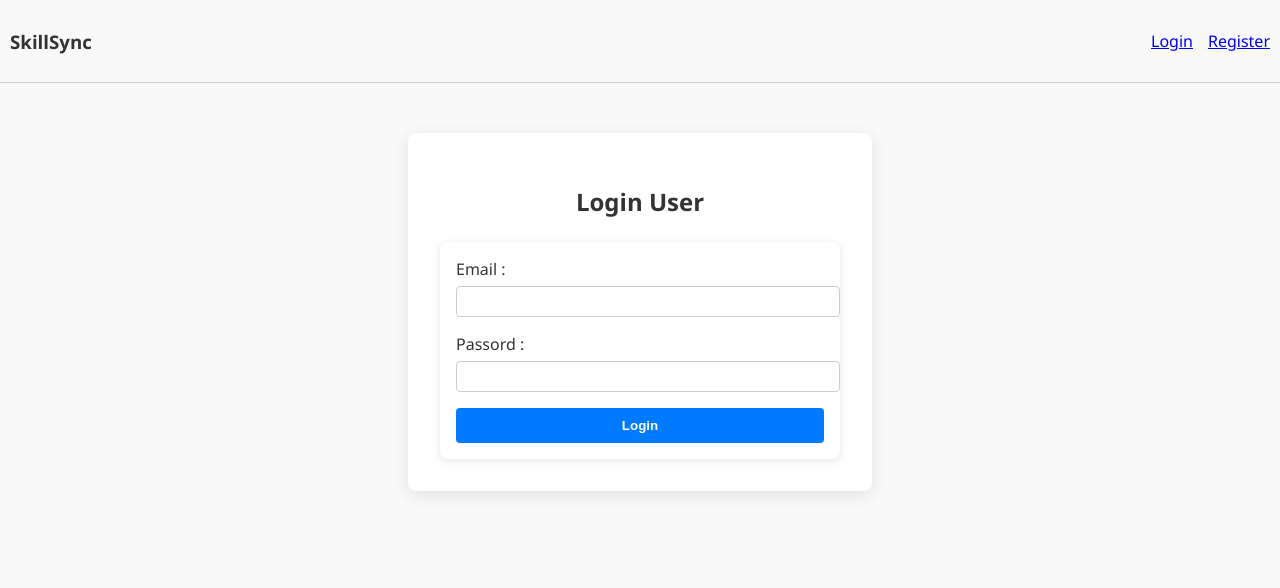
Repository: bharathabhi46/SkillSync-FrontEnd
Page: /LoginUser
The author's editor kept a copy of each file at every save. The page is drawn from the files as they stood at one save, then again after the next save.
The browser window is 1280 px wide. The pictures show the whole page.
The project was rebuilt for these pictures with package versions that can differ from the ones it lists, and the page was loaded fresh each time. Also part of the build but not shown: vite.config.js, src/Components/CreateUser/CreateUser.jsx, src/Components/UserList/UserList.jsx, src/Components/EditUser/EditUser.jsx, src/Components/RegisterUser/RegisterUser.jsx, src/Components/PrivateAuth/PrivateAuth.jsx, src/Components/Home/Home.css, src/Components/Home/Home.jsx.

Above is the page before, as saved 2025-06-28 13:55:32.

### src/main.jsx
import { StrictMode } from "react";
import { createRoot } from "react-dom/client";
import { BrowserRouter } from "react-router-dom";
import App from "./App.jsx";

createRoot(document.getElementById("root")).render(
  <BrowserRouter>
    <App />
  </BrowserRouter>
);

### src/App.jsx
import React from "react";
import CreateUser from "./Components/CreateUser/CreateUser";
import UserList from "./Components/UserList/UserList";
import EditUser from "./Components/EditUser/EditUser";
import { Route, Routes } from "react-router-dom";
import RegisterUser from "./Components/RegisterUser/RegisterUser";
import LoginUser from "./Components/LoginUser/LoginUser";
import "./App.css";
import PrivateAuth from "./Components/PrivateAuth/PrivateAuth";
import NavBar from "./Components/NavBar/NavBar";
import Home from "./Components/Home/Home";
const App = () => {
  return (
    <div>
      <NavBar />
      <Routes>
        <Route path="/" element={<Home />} />
        <Route
          path="/UserList"
          element={
            <PrivateAuth>
              <UserList />
            </PrivateAuth>
          }
        />
        <Route
          path="/EditUser/:id"
          element={
            <PrivateAuth>
              <EditUser />
            </PrivateAuth>
          }
        />
        <Route
          path="/CreateUser"
          element={
            <PrivateAuth>
              <CreateUser />
            </PrivateAuth>
          }
        />
        <Route path="/RegisterUser" element={<RegisterUser />} />
        <Route path="/LoginUser" element={<LoginUser />} />
      </Routes>
    </div>
  );
};

export default App;

### src/Components/LoginUser/LoginUser.jsx
import React, { useState } from "react";
import { useNavigate } from "react-router-dom";
import "./LoginUser.css";
const LoginUser = () => {
  let navigate = useNavigate();
  let url = "http://localhost:8080/api/users/auth/login";
  let [loginUser, setLoginUser] = useState({
    email: "",
    password: "",
  });
  function handleOnChange(e) {
    setLoginUser((prevState) => ({
      ...prevState,
      [e.target.name]: e.target.value,
    }));
  }
  async function handleSubmit(e) {
    e.preventDefault();
    try {
      let data = await fetch(url, {
        method: "POST",
        headers: {
          "Content-Type": "application/json",
        },
        body: JSON.stringify(loginUser),
      });
      setLoginUser({
        email: "",
        password: "",
      });
      alert("Login Successful");
      localStorage.setItem("userEmail", LoginUser.email);
      let user = await data.json();
      localStorage.setItem("user", JSON.stringify(user));
      navigate("/");
    } catch (err) {
      console.log("Error : ", err);
      alert("Failed to Login");
    }
  }
  return (
    <div className="container">
      <h2>Login User</h2>
      <form onSubmit={handleSubmit}>
        <label>Email : </label>
        <input
          type="email"
          name="email"
          value={loginUser.email}
          onChange={handleOnChange}
        />
        <label>Passord : </label>
        <input
          type="password"
          name="password"
          value={loginUser.password}
          onChange={handleOnChange}
        />
        <button type="submit">Login</button>
      </form>
    </div>
  );
};

export default LoginUser;

### src/App.css
body {
  margin: 0;
  font-family: "Segoe UI", sans-serif;
  background-color: #f9f9f9;
  color: #333;
}

h2 {
  color: #333;
  margin-bottom: 1rem;
}

button {
  background-color: #007bff;
  color: white;
  border: none;
  padding: 8px 12px;
  cursor: pointer;
  border-radius: 4px;
}

button:hover {
  background-color: #0056b3;
}

input,
select {
  padding: 8px;
  margin: 6px 0;
  border: 1px solid #ccc;
  border-radius: 4px;
  width: 100%;
}

form {
  max-width: 400px;
  margin: auto;
  padding: 1rem;
  background: white;
  box-shadow: 0 2px 8px rgba(0, 0, 0, 0.1);
  border-radius: 8px;
}

table {
  width: 100%;
  background-color: white;
  border-collapse: collapse;
  box-shadow: 0 2px 8px rgba(0, 0, 0, 0.1);
  border-radius: 8px;
  overflow: hidden;
}

th,
td {
  padding: 12px;
  text-align: left;
  border-bottom: 1px solid #ddd;
}

### src/Components/NavBar/NavBar.jsx
import React from "react";
import { Link, useNavigate } from "react-router-dom";

const Navbar = () => {
  const navigate = useNavigate();
  const user = JSON.parse(localStorage.getItem("user"));
  console.log(user !== null);
  const handleLogout = () => {
    localStorage.removeItem("user");
    navigate("/LoginUser");
  };

  return (
    <nav
      style={{
        display: "flex",
        justifyContent: "space-between",
        padding: "10px",
        borderBottom: "1px solid #ccc",
      }}
    >
      <h3>SkillSync</h3>
      <div style={{ display: "flex", gap: "15px", alignItems: "center" }}>
        {user ? (
          <>
            <span>
              Welcome, <strong>{user.name}</strong> 👋
            </span>
            <Link to="/UserList">Users</Link>
            <Link to="/CreateUser">Create</Link>
            <button onClick={handleLogout}>Logout</button>
          </>
        ) : (
          <>
            <Link to="/LoginUser">Login</Link>
            <Link to="/RegisterUser">Register</Link>
          </>
        )}
      </div>
    </nav>
  );
};

export default Navbar;

### src/Components/LoginUser/LoginUser.css
.container {
  max-width: 400px;
  margin: 50px auto;
  padding: 2rem;
  background-color: white;
  box-shadow: 0 4px 16px rgba(0, 0, 0, 0.1);
  border-radius: 8px;
}

.container h2 {
  text-align: center;
  color: #333;
  margin-bottom: 1.5rem;
}

.container form {
  display: flex;

  flex-direction: column;
}

.container input {
  padding: 7px;
  margin-bottom: 1rem;
  border: 1px solid #ccc;
  border-radius: 4px;
}

.container button {
  padding: 10px;
  background-color: #007bff;
  border: none;
  color: white;
  font-weight: bold;
  border-radius: 4px;
  cursor: pointer;
}

.container button:hover {
  background-color: #0056b3;
}

.container p {
  text-align: center;
  margin-top: 1rem;
}

Loaded but not shown: index.html (common file)

After the next save:
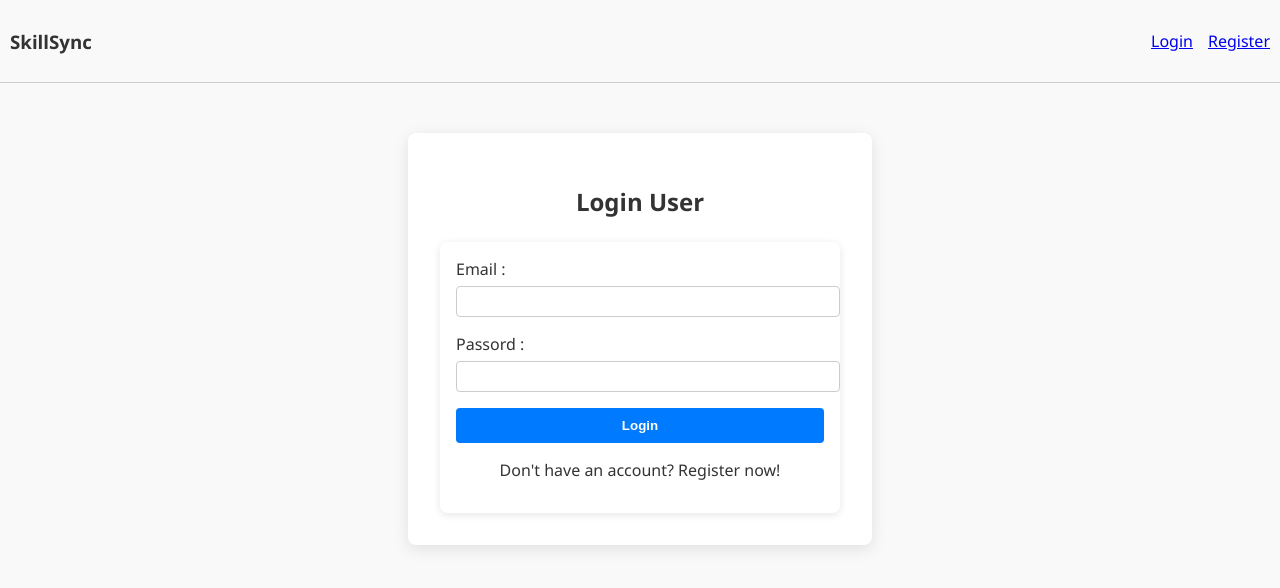
Saved 28 s later.
--- a/src/Components/LoginUser/LoginUser.jsx
+++ b/src/Components/LoginUser/LoginUser.jsx
@@ -57,6 +57,7 @@ const LoginUser = () => {
           onChange={handleOnChange}
         />
         <button type="submit">Login</button>
+        <p>Don't have an account? Register now!</p>
       </form>
     </div>
   );
